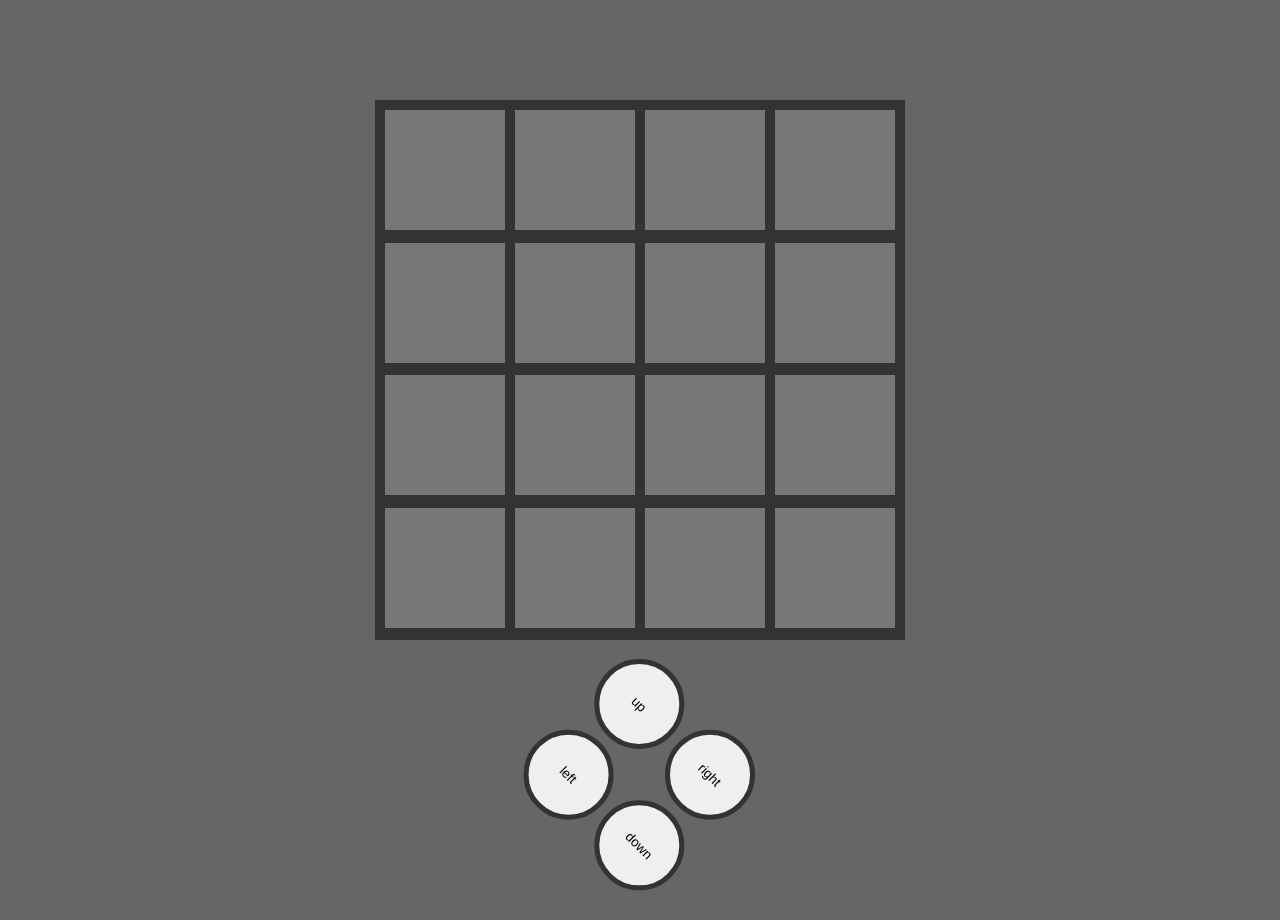
Repository: thisisbb/2048
Page: index.html
The author's editor kept a record of every edit. The page is drawn from the files as they stood at one moment, then again after the next edit.
The browser window is 1280 px wide. The pictures show the whole page.

Above is the page before.

### index.html
<!doctype html>
<html lang="en">

<head>
    <meta charset="UTF-8">
    <title>Document</title>
    <link rel="stylesheet" href="css/style.css" type="text/css" />
</head>

<body>
    <div id="view">
        <div class="wrapper" rv-startvalue>
            <div rv-each-cell="model.cells" rv-html="cell.data | hidezero"></div>
        </div>
        <div class="buttons">
            <button rv-each-button="model.buttons" rv-html="button" rv-on-click="model.operate"></button>
        </div>
    </div>
    <script type="text/javascript" src="bower_components/rivets/dist/rivets.bundled.min.js"></script>
    <script type="text/javascript" src="js/binders.js"></script>
    <script type="text/javascript" src="js/formatters.js"></script>
    <script type="text/javascript" src="js/app.js"></script>

</body>

</html>

### css/style.css
* {
    margin: 0;
    padding: 0;
}

body {
    width: 100vw;
    height: 100vh;
    background-color: #666;
    display: flex;
}

#view {
    width: 530px;
    height: 530px;
    margin: 100px auto;
}

.wrapper {
    height: 100%;
    background-color: #333;
    display: flex;
    flex-wrap: wrap;
    padding: 5px;
}

.wrapper > div {
    width: 120px;
    height: 120px;
    background-color: #777;
    margin: 5px;
    font-size: 48px;
    line-height: 120px;
    text-align: center;
    color: #fff;
}

.buttons {
    width: 200px;
    height: 200px;
    display: flex;
    margin: auto;
    justify-content: space-around;
    flex-wrap: wrap;
    transform: rotate(45deg) translate(24px, 30px);
}

.buttons > button {
    width: 45%;
    height: 45%;
    border-radius: 100%;
    border: 5px solid #333;
    outline:none;
}
.buttons > button:hover {
    border-color:#0277bc;
}
.buttons > button:nth-of-type(2) {
    order:4
}
.buttons > button:nth-of-type(3) {
    order:3
}
button > span {
    display: block;
    transform: rotate(-45deg);
    font-size:28px;
    font-weight:bold;
    color:#333;
}

### js/formatters.js
rivets.formatters.hidezero = function (value){
	if (value !== 0)
	    return value;
	 else return;
}

### js/app.js
var view = document.querySelector("#view")

var Cell = function(x, y, data) {
    this.x = x;
    this.y = y;
    this.data = data || 0;
}


function fillMain(dataArray) {

    var array = [];
    for (var y = 0; y < 4; y++) {
        for (var x = 0; x < 4; x++) {
            array.push(new Cell(x, y));
        }
    }
    if (dataArray) {
        for (var i = 0; i < array.length; i++) {
            array[i].data = dataArray[i];
        }
    }
    return array;
}

function getRandomCoord() {
    return Math.floor(Math.random() * 4);
}

function twoOrFour() {
    if (Math.random() < 0.2) return 4;
    else return 2;
}

function getRandomInt(min, max) {
    return Math.floor(Math.random() * (max - min + 1)) + min;
}

function addNewData() {
    var cell = new Cell(getRandomCoord(), getRandomCoord(), twoOrFour());
    var emptyIndexes = [];
    for (var i = 0; i < viewModel.cells.length; i++) {
        if (viewModel.cells[i].data === 0) emptyIndexes.push(i);
    }
    var elementIndex = emptyIndexes[getRandomInt(0, emptyIndexes.length - 1)];
    if (elementIndex >= 0) {
        viewModel.cells[elementIndex].data = cell.data;
    }
}


function swap(array, a, b) {
    var temp = array[a];
    array[a] = array[b];
    array[b] = temp;
}

function transponation(matrix) {
    var matrixTransp = [
        [],
        [],
        [],
        []
    ];
    matrix.forEach(function(el) {
        for (var i = 0; i < el.length; i++) {
            matrixTransp[i].push(el[i]);
        }
    })
    return matrixTransp;
}

function getData(array) {
    var dataArray = array.map(function(el) {
        return el.data;
    });
    return dataArray;
}

function arrayToMatrix(dataArray) {
    var partOfOrigin, matrix = [];
    for (var i = 0; i < 15; i += 4) {
        partOfOrigin = dataArray.slice(i, i + 4);
        matrix.push(partOfOrigin);
    }
    return matrix;
}

function shiftReduceRight(matrix) {
    matrix.forEach(function(el, index) {
        for (var j = el.length - 2; j >= 0; j--) {
            if (el[j] === 0) {
                swap(el, j + 1, j);
            }
            if (el[j + 1] === el[j]) {
                el[j] = el[j + 1] + el[j];
                el[j + 1] = 0;
            }
        }
    })
    return matrix;
}

function shiftReduceLeft(matrix) {
    matrix.forEach(function(el, index) {
        for (var j = 1; j < el.length; j++) {
            if (el[j] === 0) {
                swap(el, j - 1, j);
            }
            if (el[j - 1] === el[j]) {
                el[j] = el[j - 1] + el[j];
                el[j - 1] = 0;
            }
        }
    });
    return matrix;
}


var viewModel = {
    cells: fillMain(),
    buttons: ["up", "down", "left", "right"],
    shift: function(way) {
        switch (way) {
            case 0:
                //up
                //транспонируем матрицу
                var matrixTransp = transponation(arrayToMatrix(getData(viewModel.cells)));
                matrixTransp = shiftReduceRight(matrixTransp);
                //транспонируем обратно
                viewModel.cells = fillMain(transponation(matrixTransp).join(",").split(",").map(function(el) {
                    return parseInt(el, 10);//переводим из строк в числа
                }));
                break;
            case 1:
                //down
                //транспонируем матрицу
                var matrixTransp = transponation(arrayToMatrix(getData(viewModel.cells)));
                matrixTransp = shiftReduceLeft(matrixTransp)
                //транспонируем обратно
                var matrixDeTransp = transponation(matrixTransp);

                viewModel.cells = fillMain(matrixDeTransp.join(",").split(",").map(function(el) {
                    return parseInt(el, 10);
                }));
                break;
            case 2:
                //left
                var matrix = arrayToMatrix(getData(viewModel.cells));

                matrix = shiftReduceRight(matrix);

                viewModel.cells = fillMain(matrix.join(",").split(",").map(function(el) {
                    return parseInt(el, 10);
                }));
                break;
            case 3:
                //right
                var matrix = arrayToMatrix(getData(viewModel.cells));
                    matrix = shiftReduceLeft(matrix);
                viewModel.cells = fillMain(matrix.join(",").split(",").map(function(el) {
                    return parseInt(el, 10);
                }));
                break;
        }
    },

    operate: function(ev, el) {
        viewModel.shift(el.index);
        addNewData();
    }


}

rivets.bind(view, {
    "model": viewModel
});

Loaded but not shown: bower_components/rivets/dist/rivets.bundled.min.js (library); js/binders.js (no copy from this time; the picture is the same without it)

After the next edit:
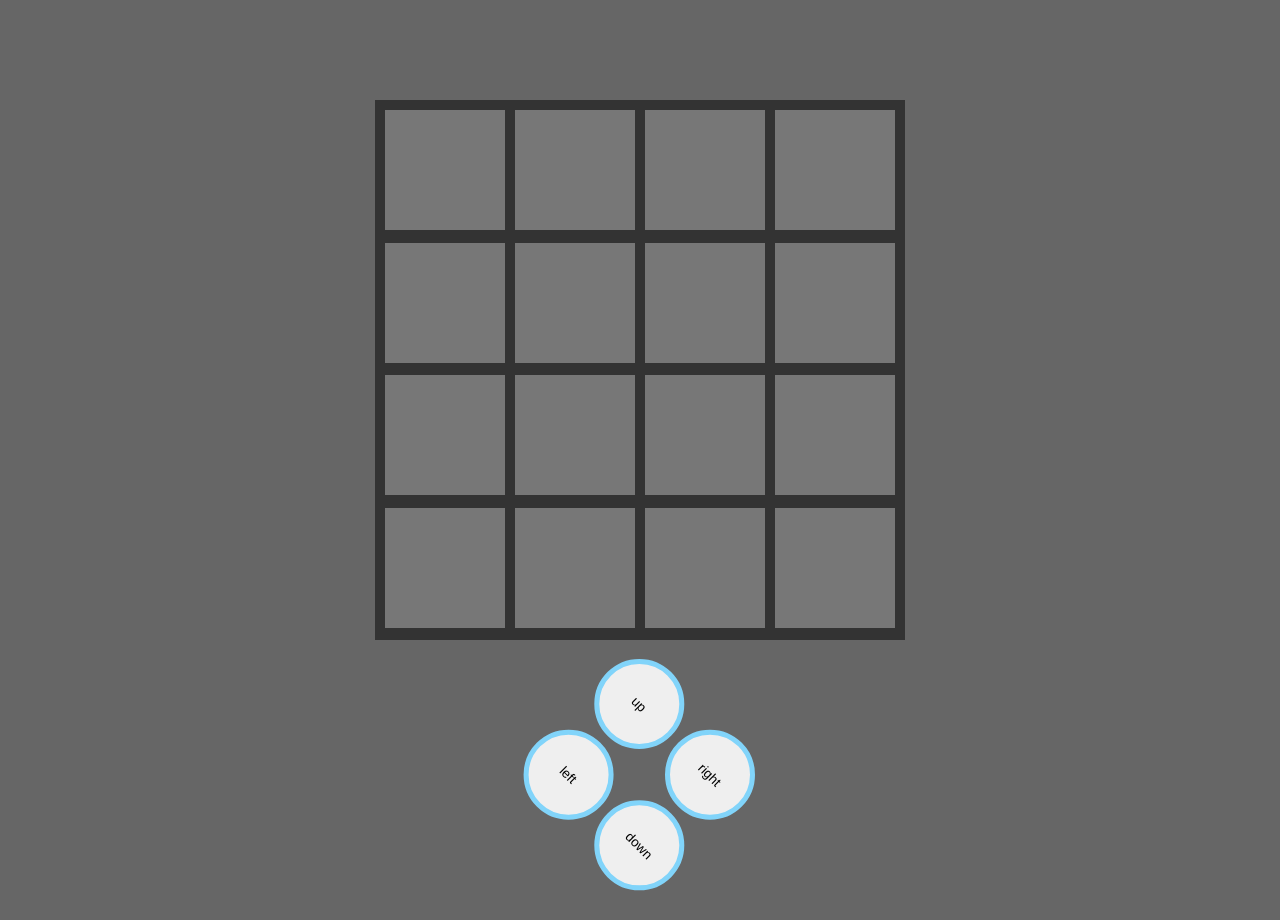
The edit:
--- a/css/style.css
+++ b/css/style.css
@@ -49,7 +49,7 @@
     width: 45%;
     height: 45%;
     border-radius: 100%;
-    border: 5px solid #333;
+    border: 5px solid #81d4fa;
     outline:none;
 }
 .buttons > button:hover {
